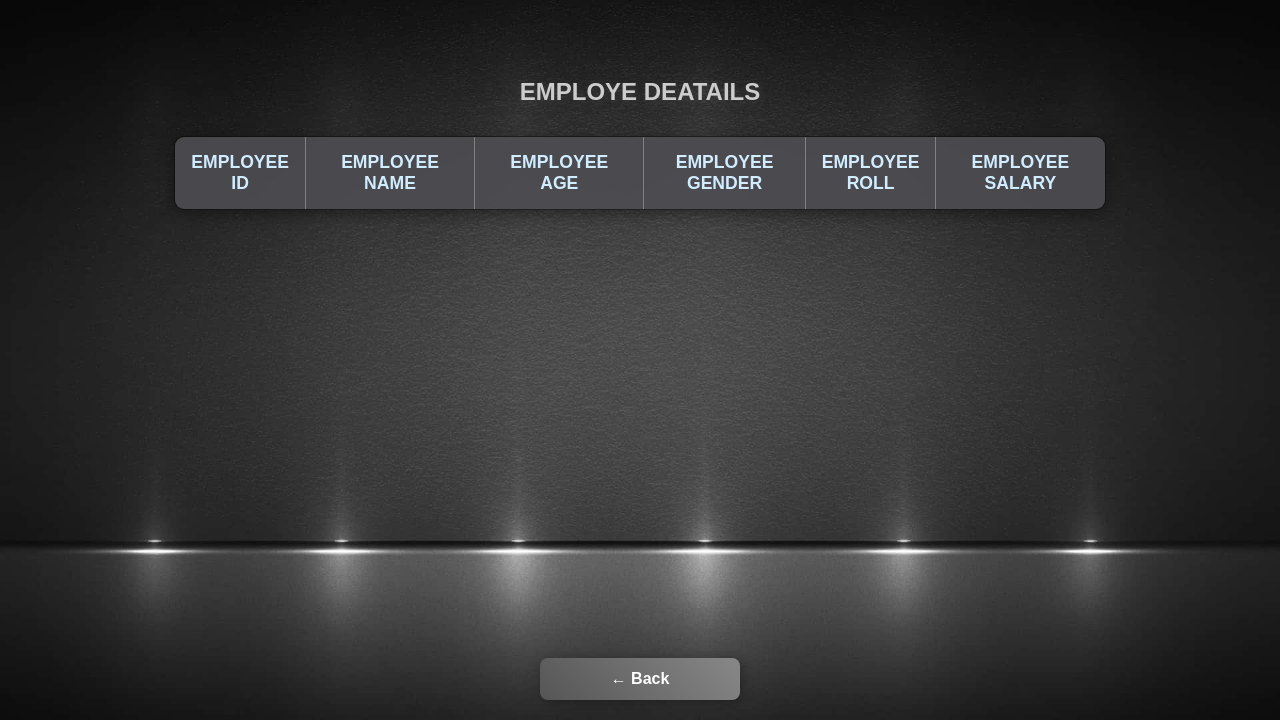
Repository: siva-shankar-2004/EmployeeManagementSystem
Page: src/main/resources/static/employeDetails.html
The author's editor kept a copy of each file at every save. The page is drawn from the files as they stood at one save, then again after the next save.
The browser window is 1280 px wide. The pictures show the whole page.
The page's requests for data from a server got no answer.

Above is the page before, as saved 2025-04-06 11:39:36.

After the next save:
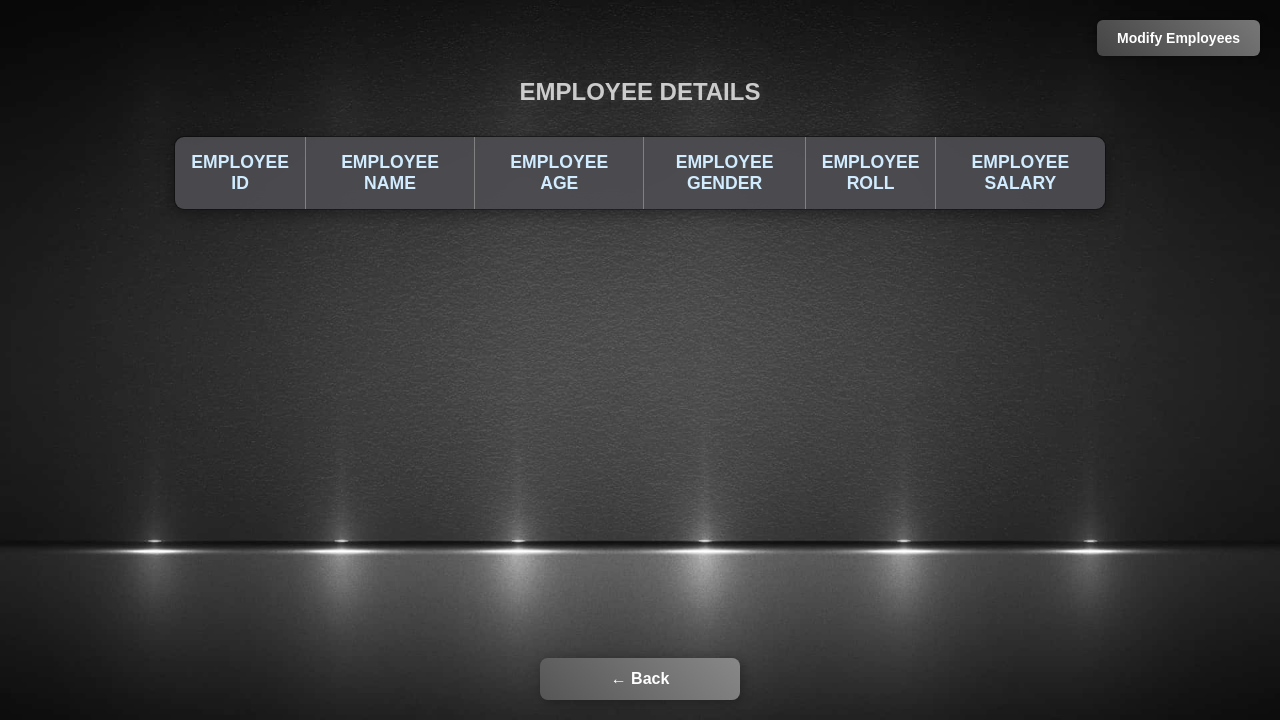
Saved 3 min 18 s later.
--- a/src/main/resources/static/employeDetails.html
+++ b/src/main/resources/static/employeDetails.html
@@ -11,6 +11,7 @@
             color: #e0e0e0;
             text-align: center;
             padding: 50px;
+            position: relative;
         }
 
         h2 {
@@ -23,11 +24,11 @@
             width: 80%;
             margin: auto;
             border-collapse: collapse;
-            background: rgba(3, 3, 3, 0.5); /* Changed */
+            background: rgba(3, 3, 3, 0.5);
             backdrop-filter: blur(10px);
             border-radius: 10px;
             overflow: hidden;
-            box-shadow: 0px 4px 15px rgba(0, 0, 0, 0.4); /* Changed */
+            box-shadow: 0px 4px 15px rgba(0, 0, 0, 0.4);
         }
 
         th, td {
@@ -37,13 +38,13 @@
         }
 
         th {
-            background: rgba(88, 88, 93, 0.8); /* Changed */
-            color: #d1ecff; /* Changed */
+            background: rgba(88, 88, 93, 0.8);
+            color: #d1ecff;
         }
 
         td {
-            background: rgba(255, 255, 255, 0.05); /* Changed */
-            color: #f0faff; /* Changed */
+            background: rgba(255, 255, 255, 0.05);
+            color: #f0faff;
         }
 
         .back-home-btn {
@@ -69,10 +70,36 @@
             background: linear-gradient(45deg, #888, #555);
             transform: translateX(-50%) scale(1.05);
         }
+
+        /* Modify button style */
+        .modify-btn {
+            position: fixed;
+            top: 20px;
+            right: 20px;
+            padding: 10px 20px;
+            background: linear-gradient(45deg, #444, #777);
+            color: #fff;
+            font-weight: bold;
+            font-size: 14px;
+            border: none;
+            border-radius: 6px;
+            cursor: pointer;
+            z-index: 1000;
+            box-shadow: 0 0 10px rgba(0,0,0,0.4);
+            transition: background 0.3s ease, transform 0.2s ease;
+        }
+
+        .modify-btn:hover {
+            background: linear-gradient(45deg, #777, #444);
+            transform: scale(1.05);
+        }
     </style>
 </head>
 <body>
-    <h2>EMPLOYE DEATAILS</h2>
+    <!-- Modify Employees Button -->
+    <button class="modify-btn" onclick="location.href='modifyemployees.html'">Modify Employees</button>
+
+    <h2>EMPLOYEE DETAILS</h2>
 
     <table border="1">
         <tr>
@@ -83,7 +110,7 @@
             <th width="100">EMPLOYEE ROLL</th>
             <th width="150">EMPLOYEE SALARY</th>
         </tr>
-        <tbody id="employeeDetails"></tbody> <!-- Table body where rows will be inserted -->
+        <tbody id="employeeDetails"></tbody>
     </table>
 
     <div style="margin-top: 30px;">
